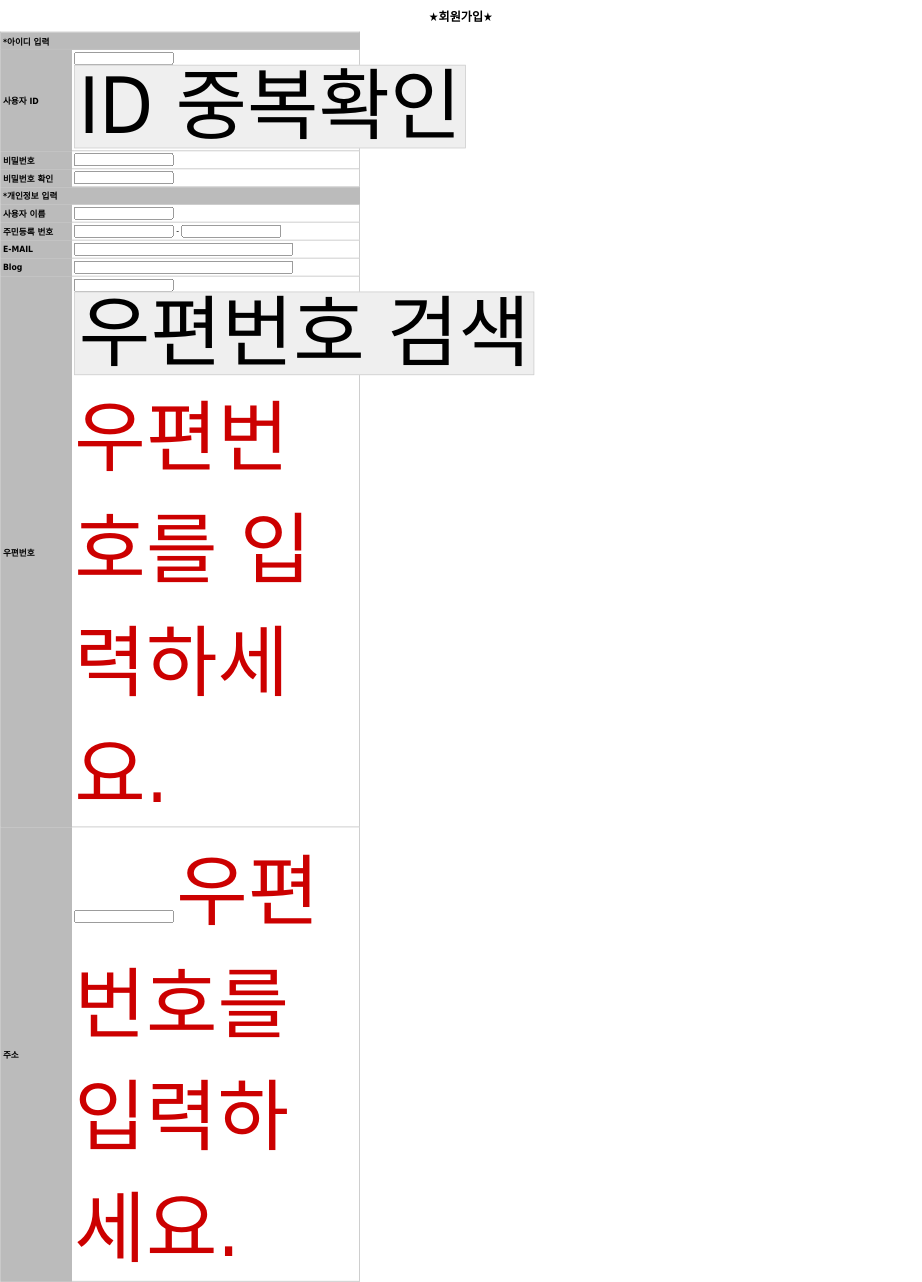
Repository: eParkjongtaek/lovedisket
Page: http://localhost/KH18_1/0904/inputForm.jsp
An editor plug-in stored every save of this project. The page is shown before and after the next save, followed by the edit.
The browser window is 1280 px wide. The pictures show the whole page, at 72% of full size.
The page is served by Tomcat 9.

Above is the page before, as saved 2017-09-04 04:26:11.

After the next save:
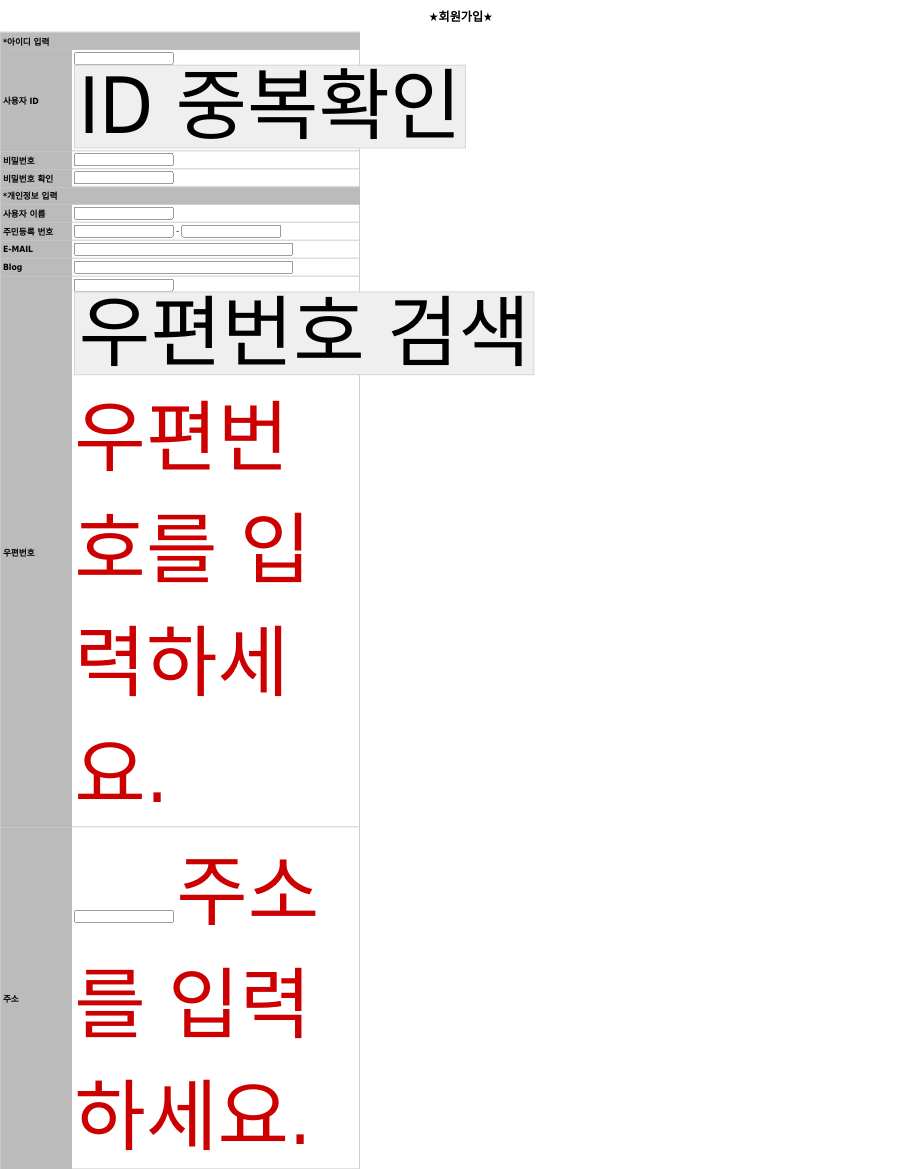
Saved 10 s later.
--- a/source/KH18_1/WebContent/0904/inputForm.jsp
+++ b/source/KH18_1/WebContent/0904/inputForm.jsp
@@ -120,7 +120,7 @@ function checkIt()
 					<th>주소</th>
 					<td>
 						<input type="text" name="address" class="w380" />
-						<span>우편번호를 입력하세요.</span>
+						<span>주소를 입력하세요.</span>
 					</td>
 				</tr>
 			</table>
